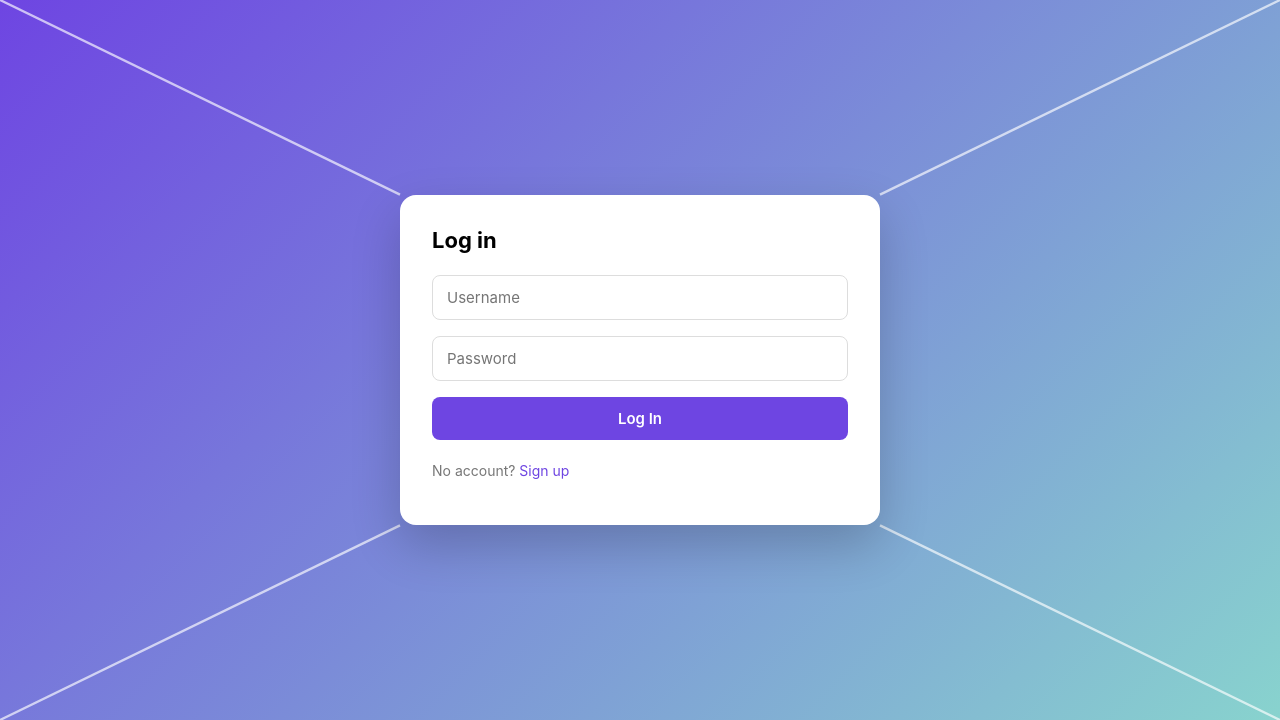
Repository: saptarshi-nxt/Anonymous-messaging-app-with-node-js-express-and-postgress
Page: http://localhost/login
An editor plug-in stored every save of this project. The page is shown before and after the next save, followed by the edit.
The browser window is 1280 px wide. The pictures show the whole page.
The page is served by the project's Node server (server.js).

Above is the page before, as saved 2026-06-30 14:14:53.

After the next save:
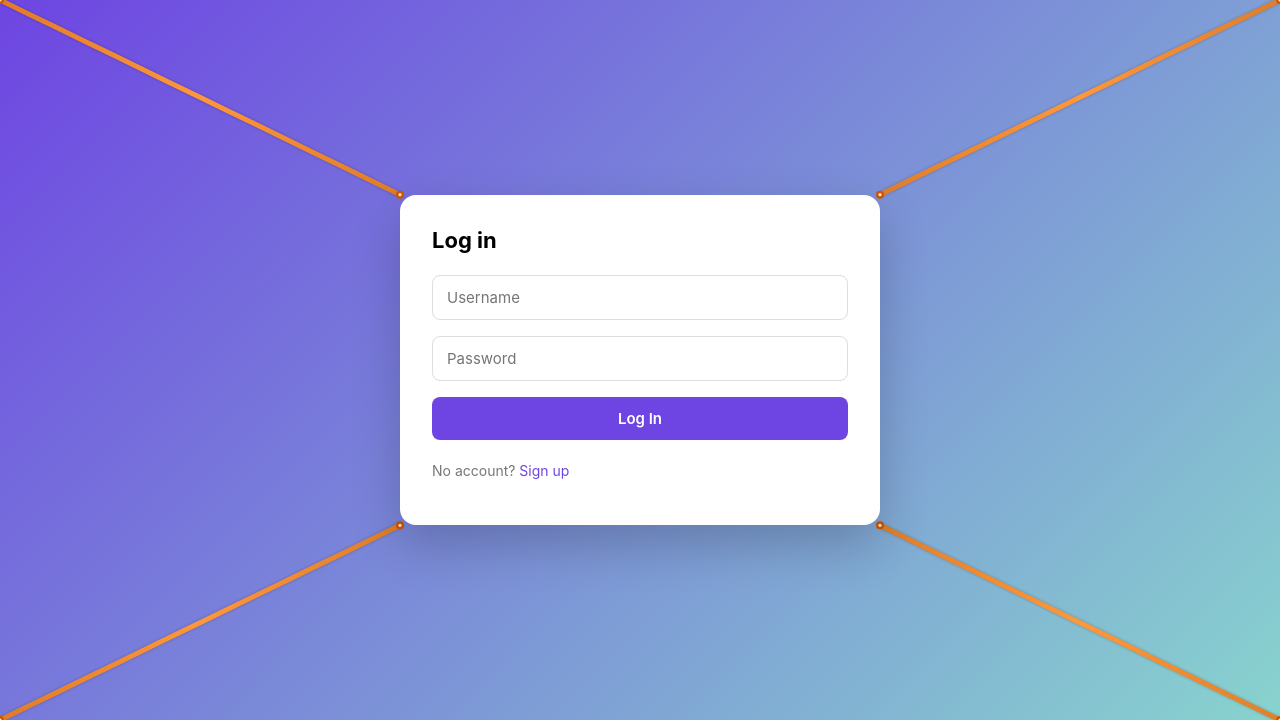
Saved 4 min 33 s later.
--- a/public/rubberband.js
+++ b/public/rubberband.js
@@ -66,24 +66,98 @@
     card.style.cursor = 'grab';
   });
 
-  function drawString(from, to) {
-    // Slight curve + thinning as the string stretches, for an elastic feel
+  function drawString(from, to, restLength) {
     const dx = to.x - from.x;
     const dy = to.y - from.y;
-    const dist = Math.sqrt(dx * dx + dy * dy);
-    const restLength = Math.min(canvas.width, canvas.height) * 0.4;
-    const stretch = Math.max(0, dist - restLength);
-
-    const midX = (from.x + to.x) / 2;
-    const midY = (from.y + to.y) / 2;
+    const dist = Math.sqrt(dx * dx + dy * dy) || 0.0001;
+    const stretchRatio = Math.max(0, (dist - restLength) / restLength); // 0 = slack, grows as it stretches
+
+    // Base rubber-band color (warm amber) that brightens/whitens as it stretches,
+    // just like real rubber going pale under tension.
+    const baseColor = [230, 126, 34];   // amber
+    const stretchedColor = [255, 235, 180]; // pale taut color
+    const t = Math.min(1, stretchRatio * 1.8);
+    const r = Math.round(baseColor[0] + (stretchedColor[0] - baseColor[0]) * t);
+    const g = Math.round(baseColor[1] + (stretchedColor[1] - baseColor[1]) * t);
+    const b = Math.round(baseColor[2] + (stretchedColor[2] - baseColor[2]) * t);
+
+    // Width: thick and slack-loose when relaxed, thins out as it's pulled taut
+    const width = Math.max(1.2, 5 - stretchRatio * 3.2);
 
     ctx.beginPath();
-    ctx.moveTo(from.x, from.y);
-    ctx.quadraticCurveTo(midX, midY, to.x, to.y);
-    ctx.lineWidth = Math.max(1, 3 - stretch / 250);
-    ctx.strokeStyle = `rgba(255,255,255,${Math.min(0.85, 0.4 + stretch / 600)})`;
+
+    if (dist <= restLength * 1.02) {
+      // Slack: draw a gentle wavy/coiled line, like a loose rubber band hanging
+      const segments = 14;
+      const perpX = -dy / dist;
+      const perpY = dx / dist;
+      const slack = (restLength - dist) * 0.15; // how loose it sags
+      ctx.moveTo(from.x, from.y);
+      for (let i = 1; i < segments; i++) {
+        const f = i / segments;
+        const wave = Math.sin(f * Math.PI * 6) * slack * Math.sin(f * Math.PI);
+        const px = from.x + dx * f + perpX * wave;
+        const py = from.y + dy * f + perpY * wave;
+        ctx.lineTo(px, py);
+      }
+      ctx.lineTo(to.x, to.y);
+    } else {
+      // Taut: straight line, slight bow toward gravity-ish midpoint sag removed as it stretches
+      const midX = (from.x + to.x) / 2;
+      const midY = (from.y + to.y) / 2;
+      ctx.moveTo(from.x, from.y);
+      ctx.quadraticCurveTo(midX, midY, to.x, to.y);
+    }
+
+    const gradient = ctx.createLinearGradient(from.x, from.y, to.x, to.y);
+    gradient.addColorStop(0, `rgba(${r}, ${g}, ${b}, 0.95)`);
+    gradient.addColorStop(0.5, `rgba(${Math.min(255, r + 25)}, ${Math.min(255, g + 25)}, ${Math.min(255, b + 25)}, 1)`);
+    gradient.addColorStop(1, `rgba(${r}, ${g}, ${b}, 0.95)`);
+
+    ctx.lineCap = 'round';
+    ctx.strokeStyle = gradient;
+    ctx.lineWidth = width;
+    ctx.shadowColor = 'rgba(0,0,0,0.25)';
+    ctx.shadowBlur = 3;
     ctx.stroke();
-  }
+    ctx.shadowBlur = 0;
+  }
+
+  function drawPin(point) {
+    ctx.beginPath();
+    ctx.arc(point.x, point.y, 4, 0, Math.PI * 2);
+    ctx.fillStyle = '#d35400';
+    ctx.fill();
+    ctx.beginPath();
+    ctx.arc(point.x, point.y, 1.6, 0, Math.PI * 2);
+    ctx.fillStyle = '#ffe9c7';
+    ctx.fill();
+  }
+
+  let restLengths = null;
+
+  function computeRestLengths() {
+    const rect = card.getBoundingClientRect();
+    const cardCorners = [
+      { x: rect.left, y: rect.top },
+      { x: rect.right, y: rect.top },
+      { x: rect.left, y: rect.bottom },
+      { x: rect.right, y: rect.bottom },
+    ];
+    const screenCorners = [
+      { x: 0, y: 0 },
+      { x: canvas.width, y: 0 },
+      { x: 0, y: canvas.height },
+      { x: canvas.width, y: canvas.height },
+    ];
+    restLengths = screenCorners.map((sc, i) => {
+      const dx = cardCorners[i].x - sc.x;
+      const dy = cardCorners[i].y - sc.y;
+      return Math.sqrt(dx * dx + dy * dy);
+    });
+  }
+
+  window.addEventListener('resize', () => { resizeCanvas(); computeRestLengths(); });
 
   function animate() {
     if (!dragging) {
@@ -103,6 +177,8 @@
 
     ctx.clearRect(0, 0, canvas.width, canvas.height);
 
+    if (!restLengths) computeRestLengths();
+
     const rect = card.getBoundingClientRect();
     const cardCorners = [
       { x: rect.left, y: rect.top },
@@ -118,11 +194,17 @@
     ];
 
     for (let i = 0; i < 4; i++) {
-      drawString(screenCorners[i], cardCorners[i]);
+      drawString(screenCorners[i], cardCorners[i], restLengths[i]);
+      drawPin(screenCorners[i]);
+      drawPin(cardCorners[i]);
     }
 
     requestAnimationFrame(animate);
   }
 
-  animate();
+  // Wait one frame so layout is settled before measuring rest lengths
+  requestAnimationFrame(() => {
+    computeRestLengths();
+    animate();
+  });
 })();
